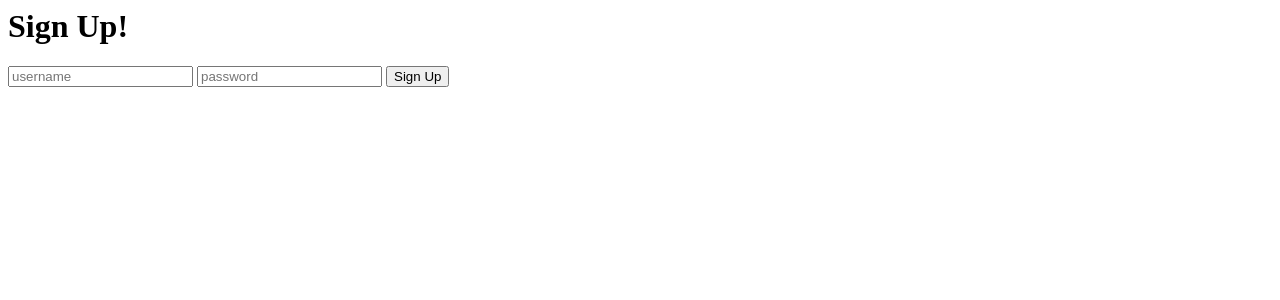
Repository: 19ycy91/myexercise
Page: http://localhost/register
The author's editor kept a record of every edit. The page is drawn from the files as they stood at one moment, then again after the next edit.
The browser window is 1280 px wide. The pictures show the whole page.
The page is served by the project's Node server (YelpCamp/v6/app.js).

Above is the page before.

After the next edit:
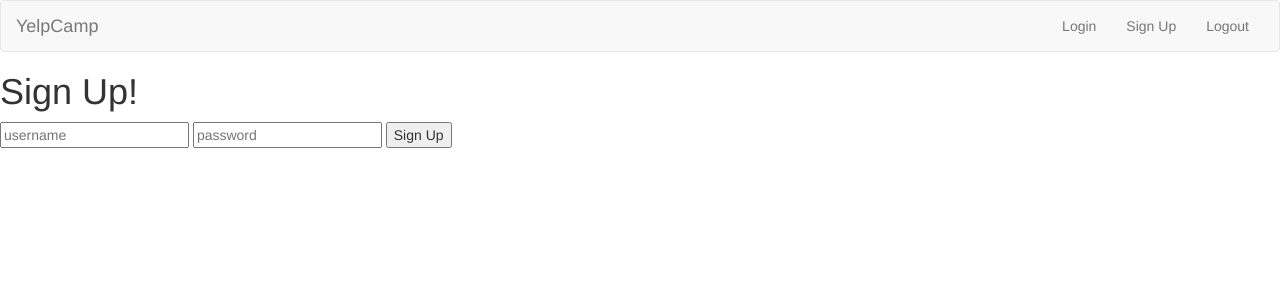
The edit:
--- a/6_Projects_UsingBackEndandRESTfulRoutes/workspace/YelpCamp/v6/views/register.ejs
+++ b/6_Projects_UsingBackEndandRESTfulRoutes/workspace/YelpCamp/v6/views/register.ejs
@@ -1,6 +1,7 @@
+<% include ./partials/header %>
 <h1> Sign Up!</h1>
 
-<form action="/rgister" method = "post">
+<form action="/register" method = "post">
     <input type = "text" name = "username" placeholder="username">
     <input type="password" name="password" placeholder ="password">
     <button>Sign Up</button>
